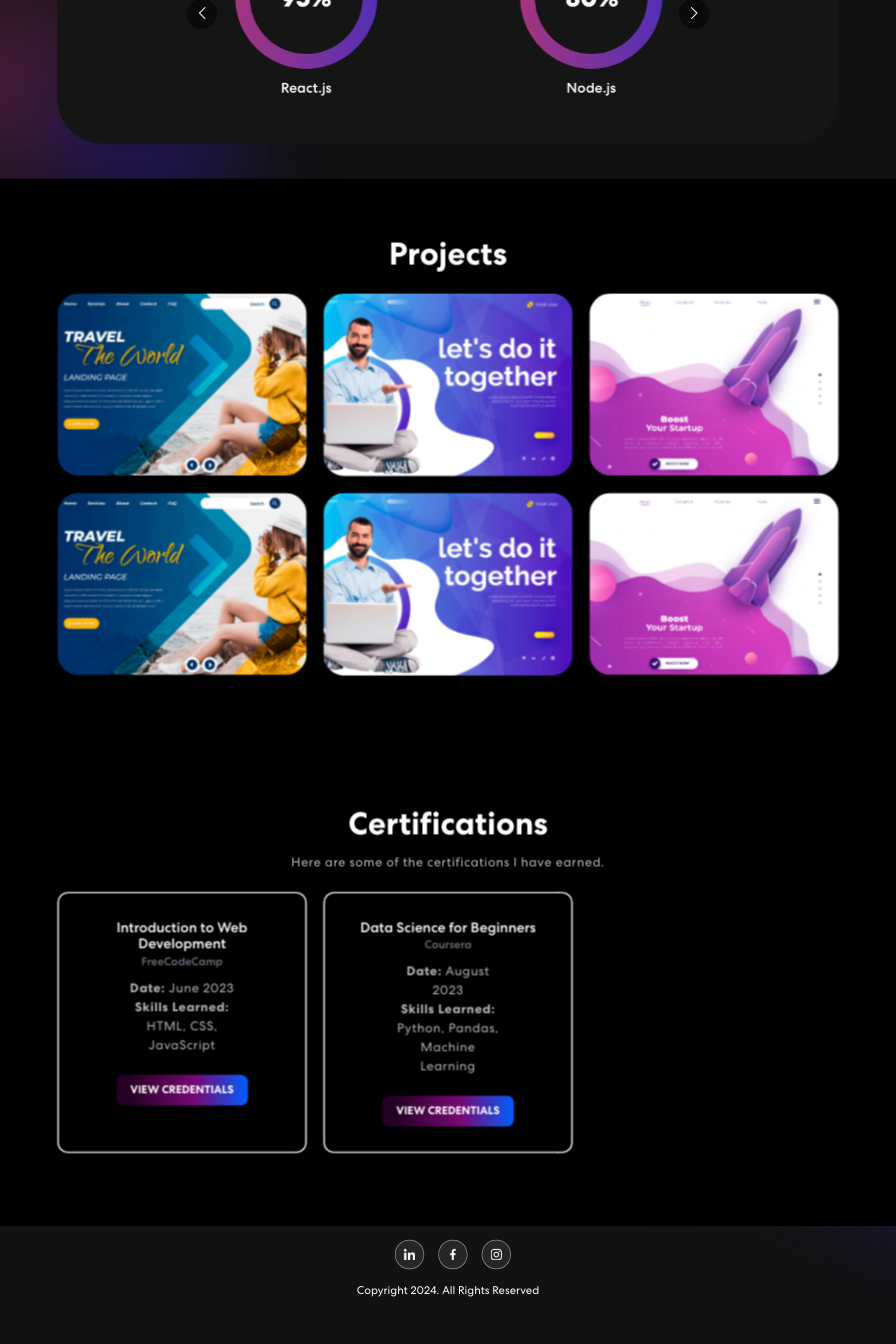
Repository: ChakerChourouk/personal-portfolio
Page: /
The author's editor kept a copy of each file at every save. The page is drawn from the files as they stood at one save, then again after the next save.
The browser window is 1280 px wide. The pictures show the part of the page from y = 1123 to 3043 px (the page is 3043 px tall), at 70% of full size.
The project was rebuilt for these pictures with package versions that can differ from the ones it lists, and the page was loaded fresh each time.

Above is the page before, as saved 2024-09-19 21:20:23.

After the next save:
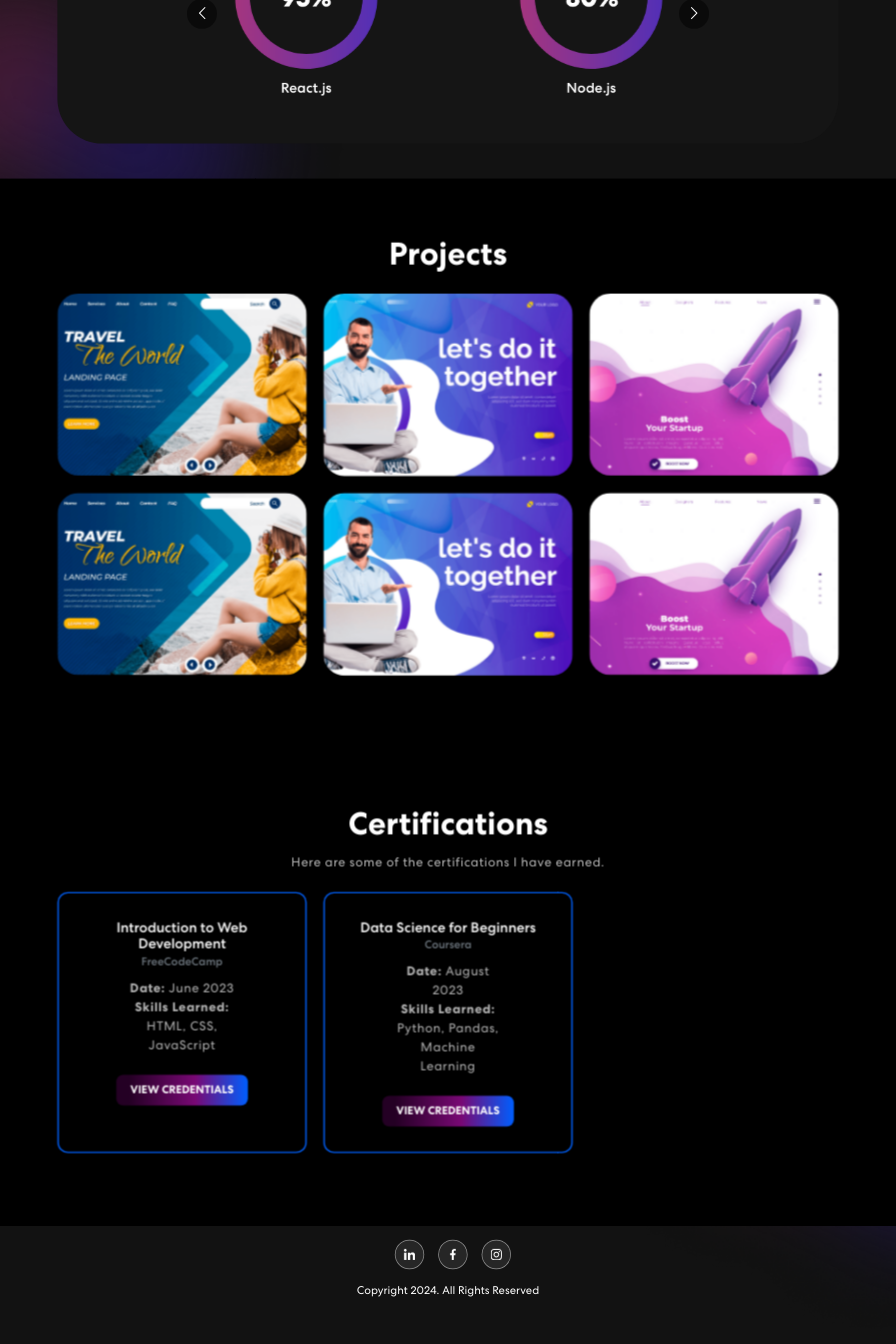
Saved 23 min 34 s later.
--- a/src/components/ProjectCard2.css
+++ b/src/components/ProjectCard2.css
@@ -1,9 +1,8 @@
-
 
 .custom-card {
     background-color: black;
     border: 2px solid;
-    border-image:  rgba(0,99,255,1);
+    border-color:  rgba(0,99,255,1);
     border-radius: 15px; /* Rounded corners */
     padding: 20px;
     transition: transform 0.2s;
